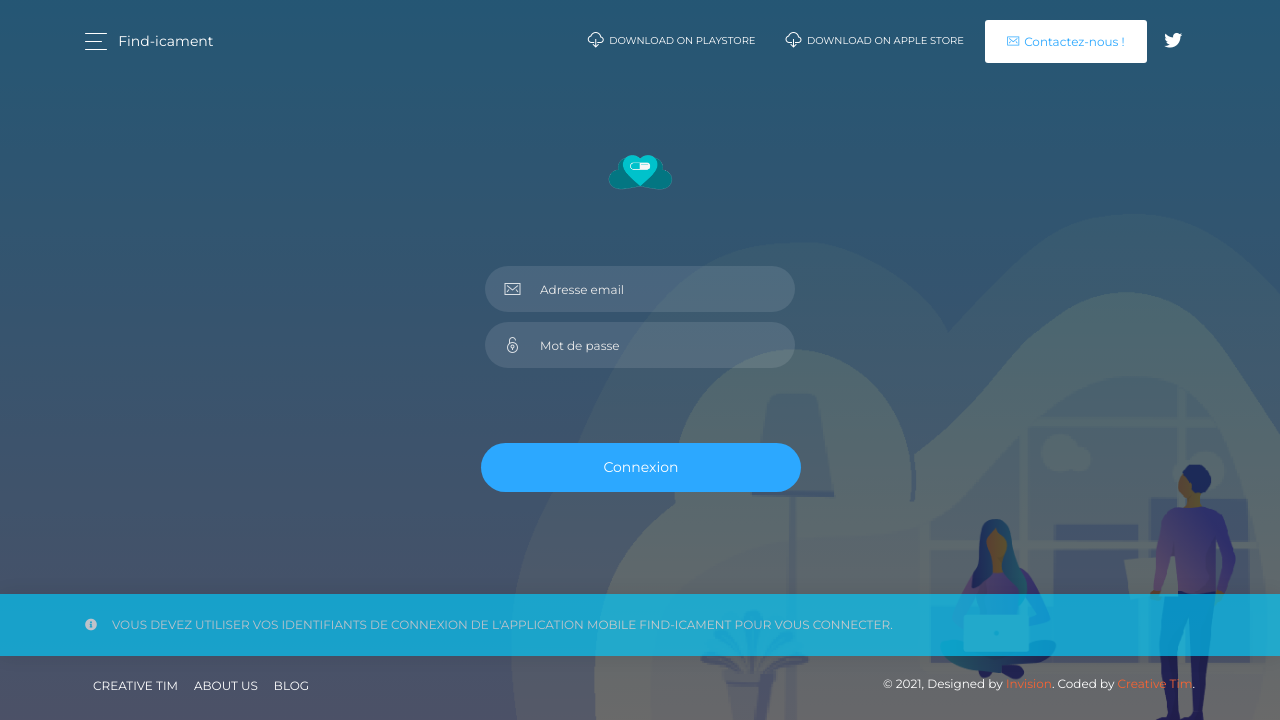
Repository: sdeschaepmeester/samanthawebsite
Page: /login-page
An editor plug-in stored every save of this project. The page is shown before and after the next save, followed by the edit.
The browser window is 1280 px wide. The pictures show the whole page.
The project was rebuilt for these pictures with package versions that can differ from the ones it lists, and the page was loaded fresh each time. Also part of the build but not shown: src/assets/demo/nucleo-icons-page-styles.css, src/components/Navbars/IndexNavbar.js, src/components/Headers/IndexHeader.js, src/components/Footers/DarkFooter.js, src/views/index-sections/Images.js, src/views/index-sections/Introduction.js, src/views/index-sections/BasicElements.js, src/views/index-sections/Navbars.js and 20 more.

Above is the page before, as saved 2021-06-01 11:16:47.

After the next save:
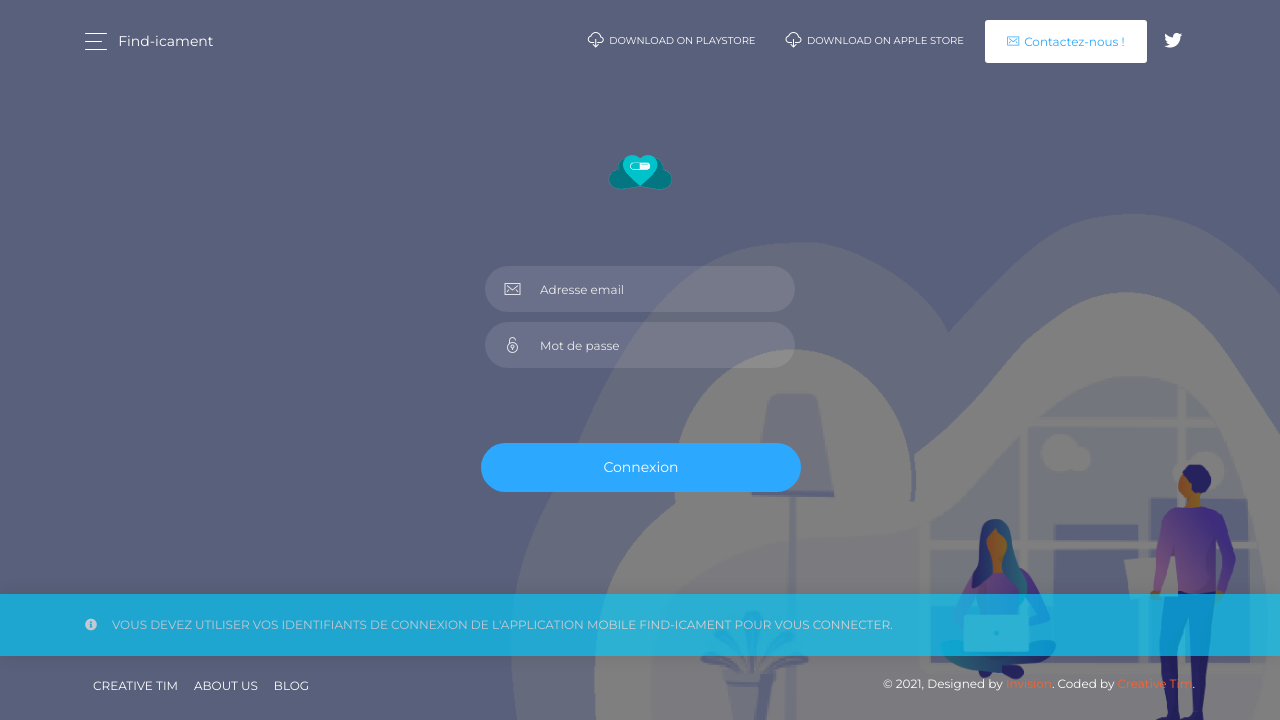
Saved 7 s later.
--- a/src/views/examples/LoginPage.js
+++ b/src/views/examples/LoginPage.js
@@ -51,7 +51,7 @@
   return (
     <>
       <NavbarLogin />
-      <div className="page-header clear-filter" filter-color="blue" >
+      <div className="page-header clear-filter" filter-color="" >
         <div
           className="page-header-image"
           style={{

After the save that followed:
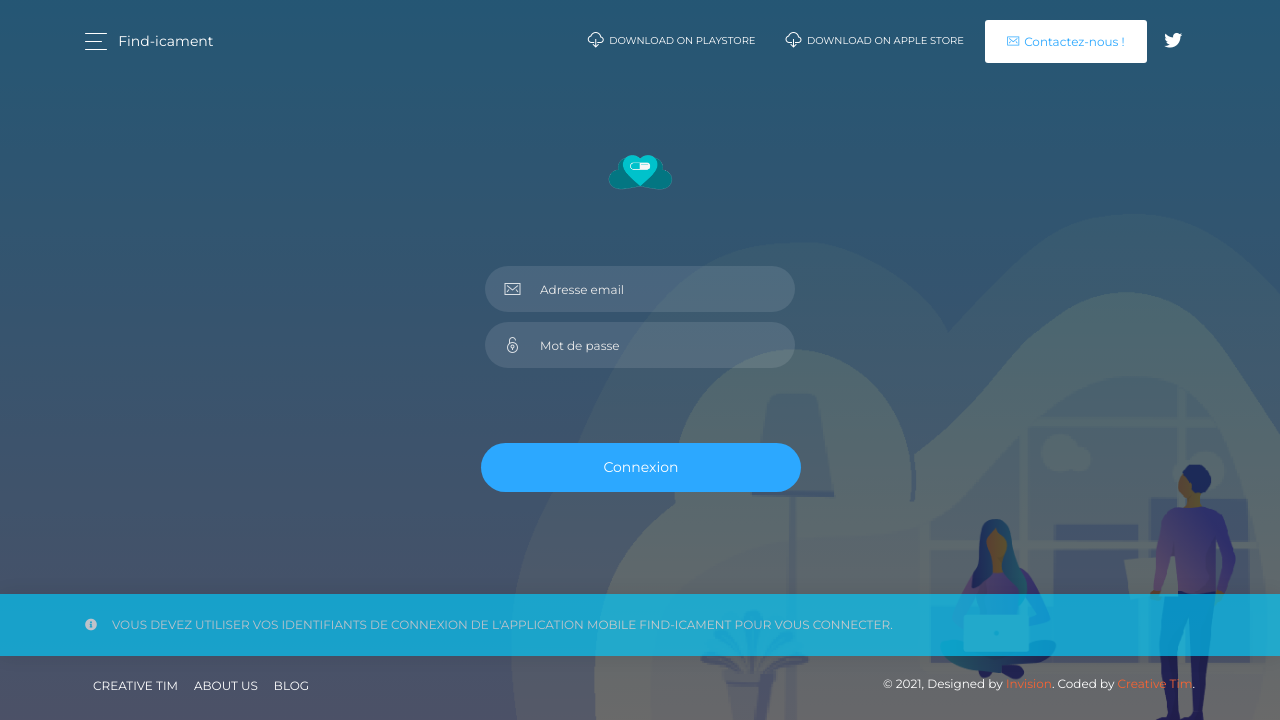
Saved 4 s later.
--- a/src/views/examples/LoginPage.js
+++ b/src/views/examples/LoginPage.js
@@ -51,7 +51,7 @@
   return (
     <>
       <NavbarLogin />
-      <div className="page-header clear-filter" filter-color="" >
+      <div className="page-header clear-filter" filter-color="blue" >
         <div
           className="page-header-image"
           style={{
